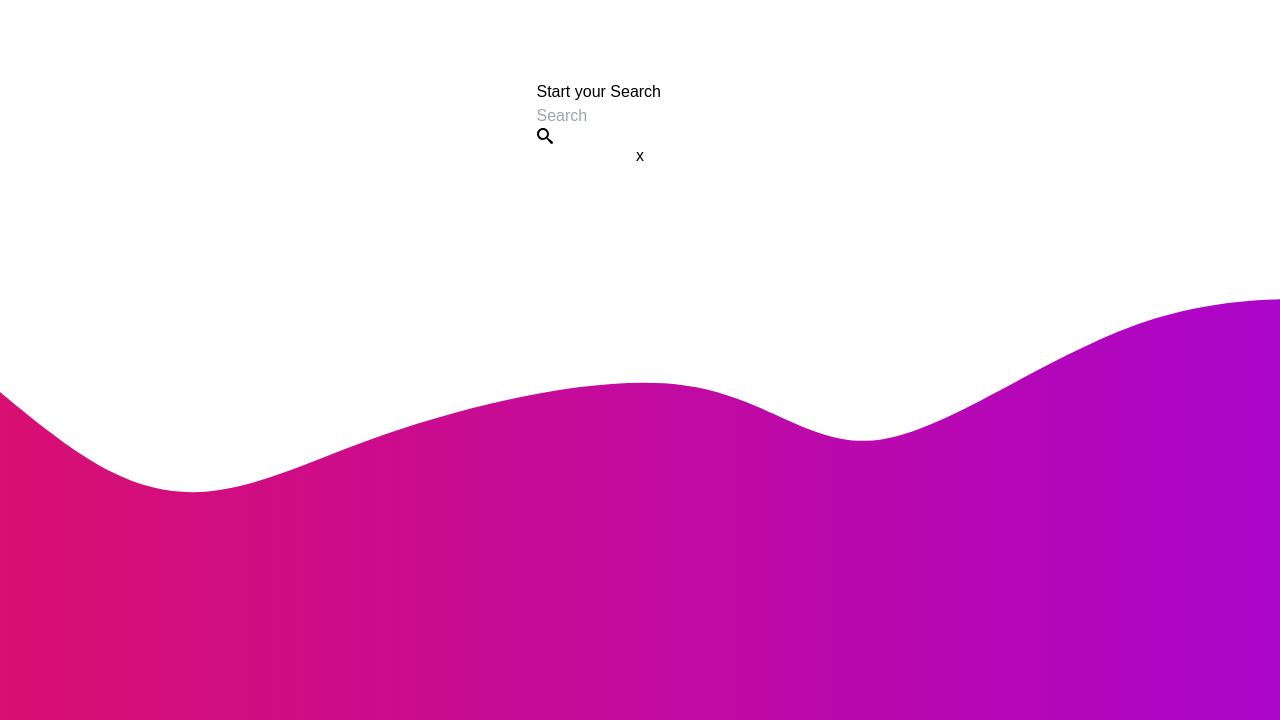
Repository: evergreenx/dictionary-octo
Page: /
These files come from the project's save history. The page is drawn as it stood at one moment and after a run of saves; the edit follows.
The browser window is 1280 px wide. The pictures show the whole page.
The project was rebuilt for these pictures with package versions that can differ from the ones it lists, and the page was loaded fresh each time. The framework's server and built-in components were replaced by stand-ins that run in the browser. Also part of the build but not shown: next.config.js.

Above is the page before, as saved 2022-04-30 14:52:53.

After the next 2 saves:
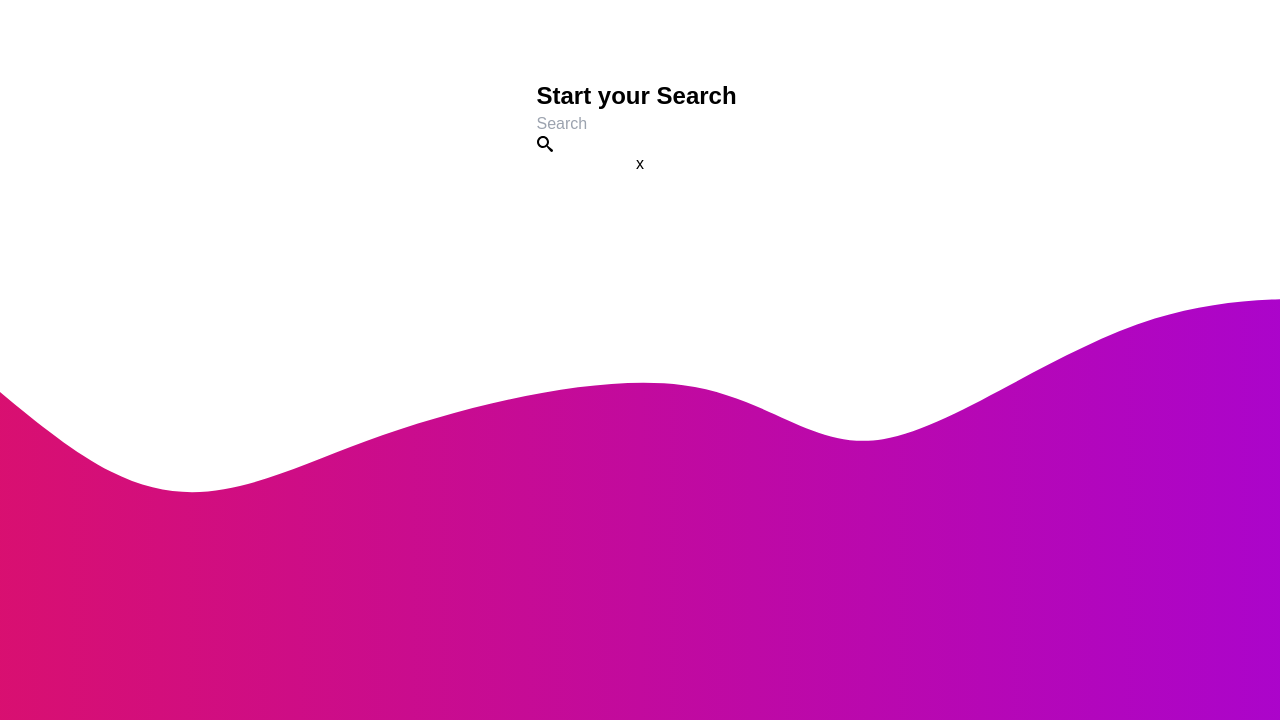
The 2 saves are shown as one change because they came seconds apart.
The last was saved 19 s later.
--- a/pages/index.js
+++ b/pages/index.js
@@ -15,7 +15,7 @@ export default function Home() {
 
       <main className=" flex flex-col justify-center items-center py-20">
         <div className="input--container">
-          <h1>Start your Search</h1>
+          <h1 className="text-2xl font-bold">Start your Search</h1>
 
           <div className="">
             <input className="input--text" type="text" placeholder="Search" />
